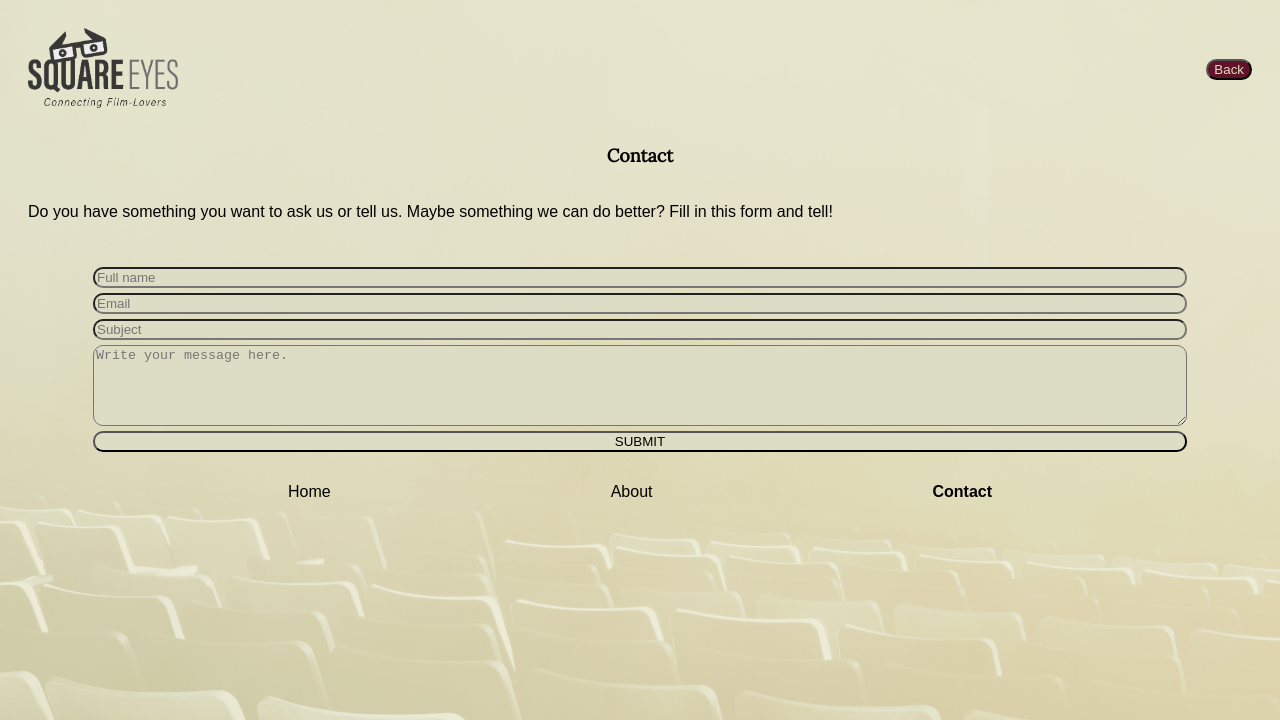
Repository: Noroff-FEU-Assignments/cross-course-project-Bekkholt
Page: contact.html
An editor plug-in stored every save of this project. The page is shown before and after the next save, followed by the edit.
The browser window is 1280 px wide. The pictures show the whole page.

Above is the page before, as saved 2022-11-03 11:48:15.

### contact.html
<!DOCTYPE html>
<html>
  <head>
    <title>Square Eyes | Contact</title>
    <meta name="description" content="Square Eyes - Connecting film lovers." />
    <meta name="viewport" content="width=device-width, initial-scale=1" />
    <link href="css/index.css" rel="stylesheet">
    <link rel="preconnect" href="https://fonts.googleapis.com">
    <link rel="preconnect" href="https://fonts.gstatic.com" crossorigin>
    <link href="https://fonts.googleapis.com/css2?family=Lora&display=swap" rel="stylesheet">
  </head>
  <body>
    <header>
      <a href="index.html"><img class="logo" src="images/SquareEyes_Logo.png" alt="Square Eyes logo"></a>
      <a href="index.html"><button class="cta">Back</button></a>
    </header>
    <main>
    <h1>Contact</h1>
    <p>
        Do you have something you want to ask us or tell us. Maybe something we can do better? Fill in this form and tell!
    </p>
    <form action="submit.php" method="post">
      <input class="contact_form" placeholder="Full name" type="text" name="fullname" />
      <input class="contact_form" placeholder="Email" type="email" name="email" />
      <input class="contact_form" placeholder="Subject" type="text" name="subject" />
      <textarea class="contact_form" placeholder="Write your message here." id="message" name="message" rows="5" cols="20"></textarea>
      <input class="contact_form" placeholder="SUBMIT" type="submit" value="SUBMIT" />
    </form>
  </main>
  <footer>
    <nav>
      <ul>
        <li><a href="index.html">Home</a></li>
        <li><a href="about.html">About</a></li>
        <li><a href="contact.html" class="active">Contact</a></li>
      </ul>
    </nav>
  </footer>
  </body>
</html>

### css/index.css
html {
    background: url(../images/alex-avalos-dnUNjIUCg5c-unsplash.jpg);
    background-size: cover;
    background-repeat: no-repeat;
    background-blend-mode:soft-light;
    background-color: #ddddc5;
    min-height: 100%;
}

h1, h2 {
    font-family: 'Lora', serif;
    font: bold;
    font-size: large;
    text-align: center;
    font-weight: bold;
}

p {
    font-family: 'DM Sans', sans-serif;
    color: #000000;
    text-align: left;
    padding: 20px;
}

form {
    color: #000000;
    display: flex;
    flex-direction: column;
    padding: 10px 85px 10px 85px;
}

header {
display: flex;
flex-direction: row;
justify-content: space-between;
align-items: center;
padding: 20px;
}

input[type=text] [type=email] {
    padding: 10px;
    width: 100%;
}

.genre, .price {
    display: flex;
    flex-direction: row;
    justify-content: space-around;
}

.price {
    padding-top: 0px;
    padding-bottom: 10px;
}

.hobbs, .godzilla, .batman,
.toy-story, .addams, .sweetheart, .hollywood, .scream, .director_photo {
    max-width: 100px;
    margin: 0px;
}

.collections {
    display: flex;
    flex-direction: row;
    justify-content: space-around;
}

.cta {
    background-color: #611428;
    color: #ddddc5;
    border-radius: 50px;
    max-width: 100px;
    text-decoration: none;
    text-align: center;
}

.logo {
    max-width: 150px;
    padding: 0px;
}

ul a {
    font-family: 'DM Sans', sans-serif;
    color: #000000;
    text-decoration: none;
}

ul {
    list-style: none;
    display: flex;
    flex-direction: row;
    justify-content: space-evenly;
    padding: 0%;
}

.active {
    font-weight: bold;
}

.allproducts {
    display: flex;
    flex-direction: row;
}

.addams__specific {
    max-width: 50%;
    max-height: 50%;
    padding: 95px;
    padding-top: 20px;
    padding-bottom: 20px;
}

.checkmark {
    padding-left: 155px;
}

.checkout_buttons {
    display: flex;
    flex-direction: column;
    align-items: center;
    padding-top: 5px;
}

.index {
    text-align: left;
    padding-left: 15px;
}

.continue {
    text-align: center;
    padding: 0px;
}

.congratulations {
    color: #611428;
    font-size: x-large;
}

.director_photo {
    padding-left: 20px;
}

.contact_form {
    margin-bottom: 5px;
    border-radius: 10px;
    background-color: #ddddc5;
}

After the next save:
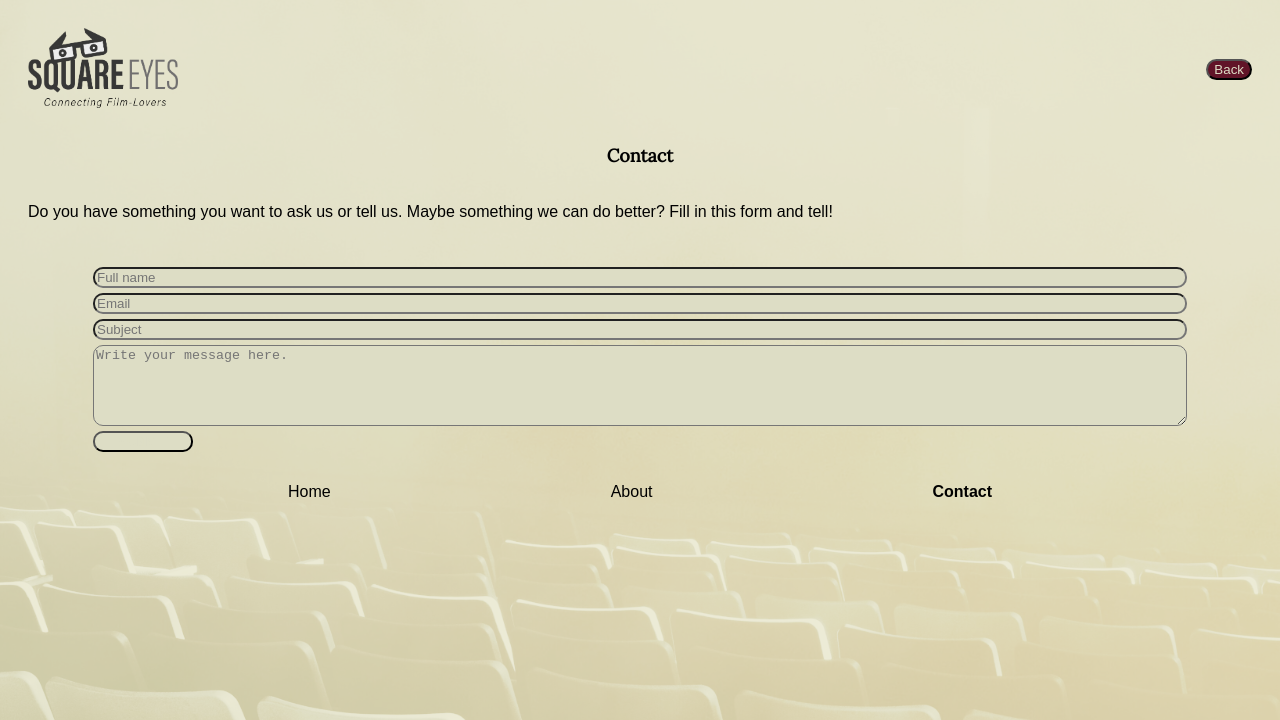
Saved 47 s later.
--- a/contact.html
+++ b/contact.html
@@ -24,7 +24,7 @@
       <input class="contact_form" placeholder="Email" type="email" name="email" />
       <input class="contact_form" placeholder="Subject" type="text" name="subject" />
       <textarea class="contact_form" placeholder="Write your message here." id="message" name="message" rows="5" cols="20"></textarea>
-      <input class="contact_form" placeholder="SUBMIT" type="submit" value="SUBMIT" />
+      <input class="cta contact_form" placeholder="SUBMIT" type="submit" value="SUBMIT" />
     </form>
   </main>
   <footer>

After the save that followed:
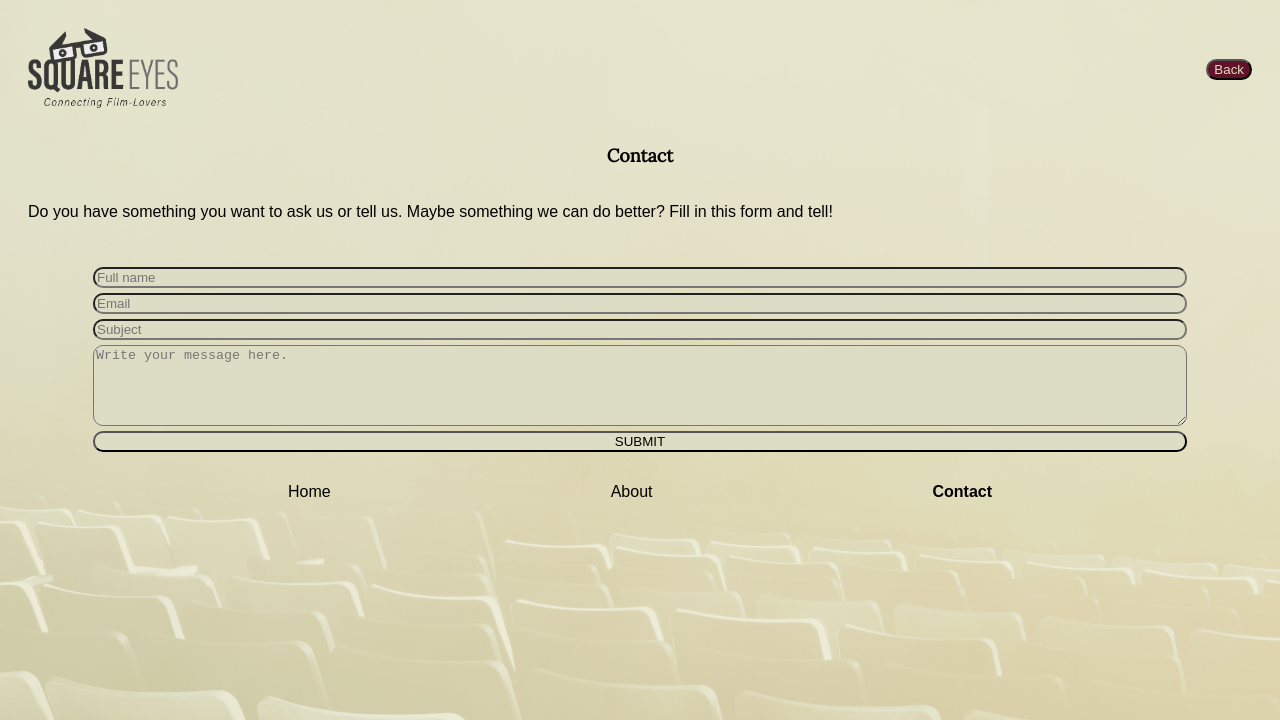
Saved 9 s later.
--- a/contact.html
+++ b/contact.html
@@ -24,7 +24,7 @@
       <input class="contact_form" placeholder="Email" type="email" name="email" />
       <input class="contact_form" placeholder="Subject" type="text" name="subject" />
       <textarea class="contact_form" placeholder="Write your message here." id="message" name="message" rows="5" cols="20"></textarea>
-      <input class="cta contact_form" placeholder="SUBMIT" type="submit" value="SUBMIT" />
+      <input class="contact_form" placeholder="SUBMIT" type="submit" value="SUBMIT" />
     </form>
   </main>
   <footer>
